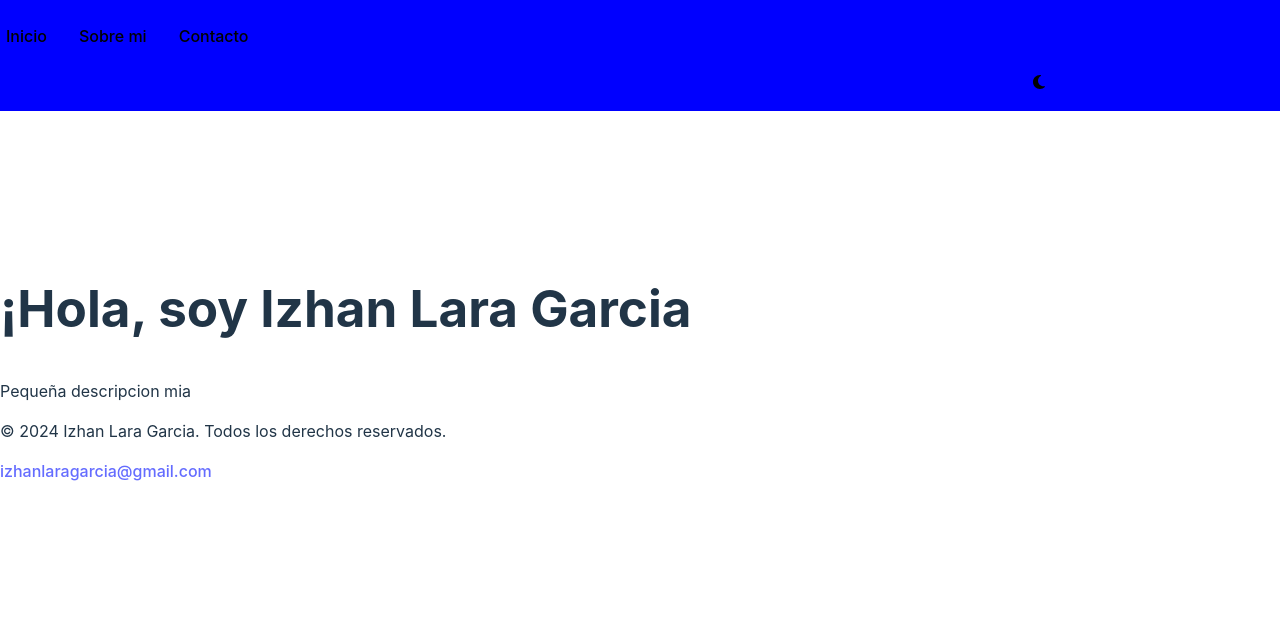
Repository: izhanlaraagarcia/izhanlaraagarcia.github.io
Page: / (app in vite-project/)
An editor plug-in stored every save of this project. The page is shown before and after the next save, followed by the edit.
The browser window is 1280 px wide. The pictures show the whole page.
The project was rebuilt for these pictures with package versions that can differ from the ones it lists, and the page was loaded fresh each time. Also part of the build but not shown: vite-project/vite.config.js, vite-project/src/Home/Styles/estilos.css, vite-project/src/pages/About/about.jsx, vite-project/src/pages/Contact/contact.jsx.

Above is the page before, as saved 2024-07-10 13:49:35.

### vite-project/index.html
<!doctype html>
<html lang="en">
  <head>
    <meta charset="UTF-8" />
    <meta name="viewport" content="width=device-width, initial-scale=1.0" />
    <title>Izhan Lara Garcia</title>
  </head>
  <body>
    <div id="root"></div>
    <script type="module" src="/src/main.jsx"></script>
  </body>
</html>

### vite-project/src/App.jsx
import React from 'react';
import { BrowserRouter as Router, Route, Routes } from 'react-router-dom';
import Menu from './Componentes-Generales/menu.jsx';
import Inicio from './Home/Inicio.jsx';
import About from './pages/About/about.jsx';
import Contact from './pages/Contact/contact.jsx';

class App extends React.Component {
  render() {
    return (
      <Router>
        <Menu />
        <Routes>
          <Route path="/" element={<Inicio />} />
          <Route path="/sobre-mi" element={<About />} />
          <Route path="/contacto" element={<Contact />} />
        </Routes>
      </Router>
    );
  }
}

export default App;

### vite-project/src/Componentes-Generales/menu.jsx
import React from "react";
import { Link } from "react-router-dom";
import "./styles/menu.css";

import TemaComponent from "./thema";

class Menu extends React.Component {
  render() {
    return (
      <header>
        <nav>
          <ul>
            <li>
              <Link to="/">Inicio</Link>
            </li>
            <li>
              <Link to="/sobre-mi">Sobre mi</Link>
            </li>
            <li>
              <Link to="/contacto">Contacto</Link>
            </li>
            <li>
              <TemaComponent/>
            </li>
          </ul>
        </nav>
      </header>
    );
  }
}

export default Menu;

### vite-project/src/Home/Inicio.jsx
import React from "react";
import "./Styles/estilos.css";

import Banner from '../Componentes-Generales/banner'
import Footer from '../Componentes-Generales/footer'


class Inicio extends React.Component {
  render() {
    return (
      // Pequeña presentacion para el inicio
      <>
        <Banner /><Footer /></>
    );
  }
}

export default Inicio;

### vite-project/src/Componentes-Generales/styles/menu.css
nav {
    top: 0;
    right: 0;
    margin: 0%;
    padding: 10px;
    position: fixed;
    width: 100%;

    background-color: blue;
}

nav ul {
    list-style-type: none;
    padding: 0;
    margin: 0;
}

nav a {
    float: left;
    display: block;
    color: black;
    text-align: center;
    padding: 14px 16px;
}

nav ul li a:hover {
    background-color: aliceblue;
}

.blackbutton {
    background: unset;
    border: none;
    cursor: pointer;
}

### vite-project/src/Componentes-Generales/thema.jsx
import React, { useState } from 'react';
import { FontAwesomeIcon } from '@fortawesome/react-fontawesome';
import { faSun, faMoon } from '@fortawesome/free-solid-svg-icons';

const TemaComponent = () => {
  const [dark, setDark] = useState(false);

  const handleClick = () => {
    if (dark) {
      document.body.style.backgroundColor = "white";
      setDark(false);
    } else {
      document.body.style.backgroundColor = "darkgrey";
      setDark(true);
    }
  };

  return (
    <button
      id="tema"
      style={{ cursor: 'pointer', background: 'none', border: 'none', outline: 'none' , marginLeft: '80%'}}
      onClick={handleClick}
      aria-label={dark ? 'Cambiar al modo claro' : 'Cambiar al modo oscuro'}
    >
      <FontAwesomeIcon icon={dark ? faSun : faMoon} style={{ color: dark ? 'black' : 'inherit' }} />
    </button>
  );
};

export default TemaComponent;

### vite-project/src/Componentes-Generales/banner.jsx
import React from "react";
import "./styles/banner.css";

class Banner extends React.Component {
  render() {
    return (
      <div>
        <section id="welcome">
          <h1>¡Hola, soy Izhan Lara Garcia</h1>
          <p>
            Pequeña descripcion mia
          </p>
        </section>
      </div>
    );
  }
}

export default Banner;

### vite-project/src/Componentes-Generales/footer.jsx
import React from "react";



class Footer extends React.Component{
    render(){
        return (
            <footer id="footer">
            <p>© 2024 Izhan Lara Garcia. Todos los derechos reservados.</p>
            <a href="mailto:izhanlaragarcia@gmail.com">izhanlaragarcia@gmail.com</a>
          </footer>
        )
    }
}

export default Footer;

### vite-project/src/Componentes-Generales/styles/banner.css
#welcome{
  margin-left: %;
}

Loaded but not shown: vite-project/src/main.jsx (common file); vite-project/src/index.css (common file)

After the next save:
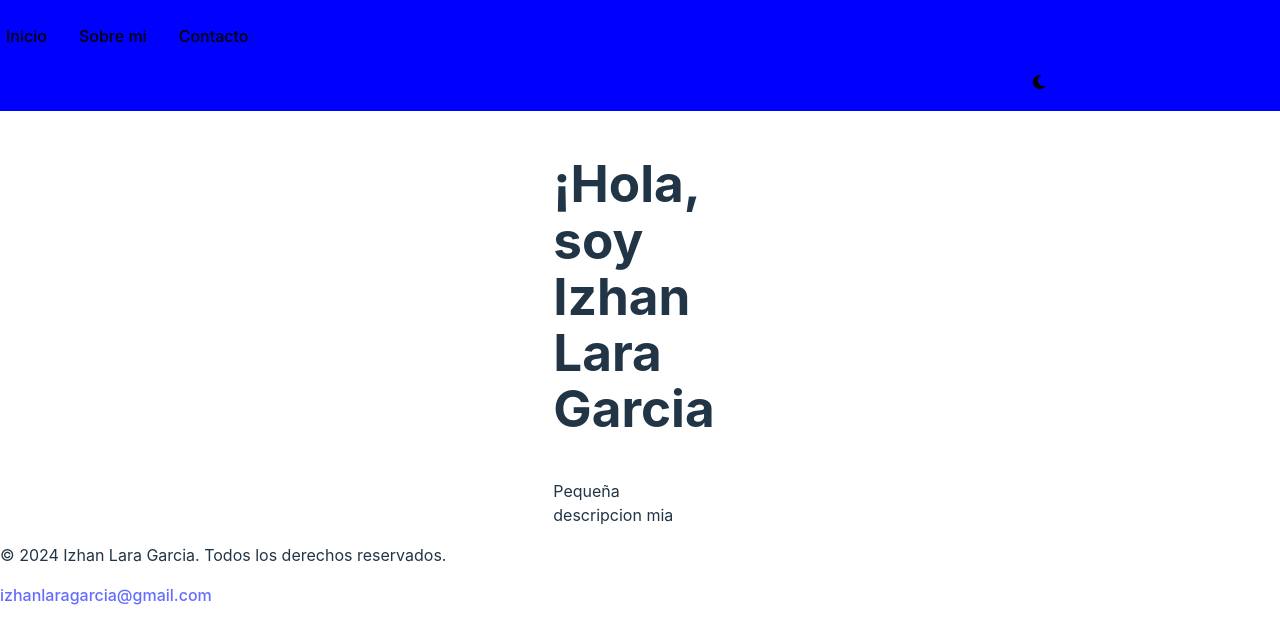
Saved 7 s later.
--- a/vite-project/src/Componentes-Generales/styles/banner.css
+++ b/vite-project/src/Componentes-Generales/styles/banner.css
@@ -1,3 +1,3 @@
 #welcome{
-  margin-left: %;
+  margin-left: 80%;
 }
